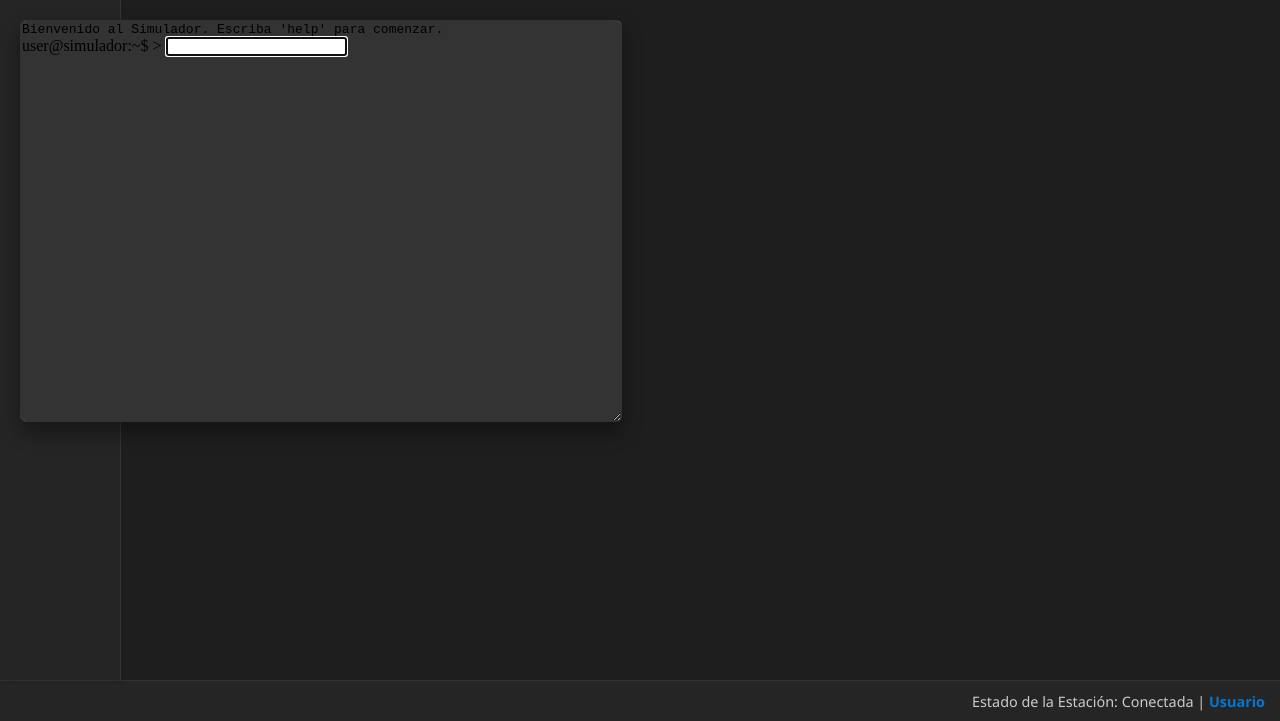
Repository: ValdezGalia/ProgramacionWebUcab
Page: lan-01.html
An editor plug-in stored every save of this project. The page is shown before and after the next save, followed by the edit.
The browser window is 1280 px wide. The pictures show the whole page.

Above is the page before, as saved 2025-11-13 17:01:50.
Console error: TypeError: Cannot read properties of null (reading 'addEventListener')

### lan-01.html
<!DOCTYPE html>
<html lang="es">

<head>
    <meta charset="UTF-8">
    <meta name="viewport" content="width=device-width, initial-scale=1.0">
    <meta name="author" content="Orlando Valdez / Jenry Youssef / Oscar Torres">
    <link rel="stylesheet" href="/style/lan-01.css">
    <title>NetOps Workstation: Estación de Trabajo</title>
</head>

<body>
    <main id="workstation-container">

        <nav id="app-navigation" aria-label="Aplicaciones de la estación de trabajo">
            <ul id="app-list">
                <li><a href="#" data-tool="lineaComandos"><img src="assets/img/terminal.png" class="app-icon" alt="lineaComandos">linea Comandos</a></li>
                <li><a href="#" data-tool="navegador"><img src="assets/img/navweb.png" class="app-icon" alt="Navegador">Navegador</a></li>
                <li><a href="#" data-tool="exploradorArchivos"><img src="assets/img/exploarch.png" class="app-icon" alt="exploradorArchivos">explorador Archivos</a></li>
                <li><a href="#" data-tool="editorArchivo"><img src="assets/img/editArchivo.png" class="app-icon" alt="editorArchivo">editorArchivo</a></li>
            </ul>
        </nav>

        <hr>
        <!-- Contenedor de herramientas de forma dinamica y sostenible -->
        <section id="application-display">
            <div class="app-window">
                <iframe id="tool-iframe" src="pages/lineaComandos.html" sandbox="allow-scripts allow-same-origin"
                    title="Aplicación interactiva" width="99.5%" height="700px"></iframe>
            </div>
        </section>

    </main>

    <footer aria-label="Estado y Diagnóstico">
        <p>Estado de la Estación: Conectada | <span class="user">Usuario</span></p>
    </footer>

    <script>
        document.addEventListener('DOMContentLoaded', () => {
            const iframe = document.getElementById('tool-iframe');
            const navLinks = document.querySelectorAll('#app-list a');

            navLinks.forEach(link => {
                link.addEventListener('click', (event) => {
                    debugger
                    event.preventDefault();

                    const toolName = event.target.dataset.tool;
                    const newSrc = `pages/${toolName}.html`;

                    iframe.src = newSrc;

                    /*Esto aun no hace nada ya que aun no se implementa la logica que distige la clase active*/
                    navLinks.forEach(navLink => navLink.classList.remove('active'));
                    event.target.classList.add('active');
                });
            });
        });
    </script>

</body>

</html>

### style/lan-01.css

/* Colores de la interfaz: Estilo Oscuro */
:root {
    --bg-primary: #1e1e1e; /* Fondo principal (Oscuro) */
    --bg-secondary: #252526; /* Fondo de contenedores/paneles */
    --color-text: #cccccc; /* Texto principal */
    --color-accent: #0078d4; /* Azul de acento (como Windows) */
    --border-color: #333333; /* Color de borde y separadores */
}

/* Base Global */
html, body {
    height: 100%;
    margin: 0;
    padding: 0;
    font-family: 'Segoe UI', Tahoma, Geneva, Verdana, sans-serif; /* Fuente tipo Windows */
    background-color: var(--bg-primary);
    color: var(--color-text);
}

/* Contenedor Principal (Simula el Escritorio) */
#workstation-container {
    display: flex;
    flex-direction: row; /* Navegación a la izquierda, área de trabajo a la derecha */
    height: calc(100vh - 40px); /* 100% del alto menos el footer */
}

/* 1. Navegación (Barra de Aplicaciones Lateral) */
#app-navigation {
    width: 120px; /* Ancho fijo para la barra de iconos */
    background-color: var(--bg-secondary);
    padding: 10px 0;
    border-right: 1px solid var(--border-color);
    box-shadow: 2px 0 5px rgba(0, 0, 0, 0.2);
}

#app-list {
    display: flex;
    flex-direction: column; /* Iconos apilados verticalmente */
    list-style: none;
    margin: 0;
    padding: 0;
}

#app-list li {
    margin: 5px 0;
}

/* Estilo del Ícono/Botón de Aplicación */
#app-list a {
    /* Tu configuración de flexbox para el ícono y texto */
    display: flex;
    flex-direction: column;
    justify-content: center;
    align-items: center;
    text-decoration: none;

    color: var(--color-text);
    background-color: transparent; /* Fondo transparente por defecto */
    padding: 10px 5px;
    margin: 0 auto;
    width: 90px;
    border: 1px solid transparent; /* Borde transparente por defecto */
    border-radius: 4px;
    transition: background-color 0.2s, border-color 0.2s;
}

/* Estilos de la Imagen (Icono) */
.app-icon {
    width: 32px; /* Iconos más pequeños y limpios */
    height: 32px;
    margin-bottom: 5px;
    filter: drop-shadow(0 1px 1px rgba(0, 0, 0, 0.5)); /* Sombra sutil en el icono */
}

/* Estilos del Texto (Etiqueta) */
#app-list a {
    font-size: 0.75em; /* Etiqueta pequeña */
    font-weight: 400;
    text-align: center;
    color: var(--color-text);
}

/* Interacción: Hover (Efecto de selección) */
#app-list a:hover {
    background-color: rgba(255, 255, 255, 0.1); /* Resaltado sutil */
    border-color: rgba(255, 255, 255, 0.2);
    cursor: pointer;
}

/* Estado Activo (La aplicación seleccionada) */
#app-list a.active {
    background-color: var(--color-accent); /* Resaltado con color de acento */
    border-color: var(--color-accent);
    color: white; /* Texto blanco para el activo */
    /* Asegúrate de que el span también cambie de color si fuera necesario */
}
#app-list a.active span {
    color: white;
}

/* 2. Área de Visualización (Pantalla de la Aplicación) */
#application-display {
    flex-grow: 1; /* Ocupa el espacio restante */
    padding: 10px;
    background-color: var(--bg-primary);
    overflow: hidden; /* Maneja el contenido del iframe */
}

#tool-iframe {
    /* Simula una ventana de aplicación */
    width: 100%;
    height: 100%;
    border: 1px solid var(--border-color);
    border-radius: 5px;
    background-color: white; /* El iframe puede tener un fondo más claro para contrastar */
}

/* Línea de separación (ya no es necesaria con el border-right, pero la mantenemos oculta) */
hr {
    display: none;
}

/* 3. Footer (Barra de Tareas/Estado) */
footer {
    height: 40px;
    display: flex;
    justify-content: flex-end; /* Alinear información a la derecha */
    align-items: center;
    background-color: var(--bg-secondary);
    border-top: 1px solid var(--border-color);
    padding: 0 15px;
    font-size: 0.9em;
}

.user {
    font-weight: bold;
    color: var(--color-accent); /* Resalta el nombre de usuario */
}

/*Ventana*/

/* --- Estilos de la Ventana de Aplicación (Simulación) --- */

/* Contenedor principal de la ventana (reemplaza al iframe directo) */
.app-window {
    position: absolute; /* Permite que flote sobre el fondo */
    top: 20px;
    left: 20px;
    width: 600px; /* Tamaño inicial de la ventana */
    height: 400px;
    background-color: var(--bg-secondary);
    border: 1px solid var(--border-color);
    border-radius: 5px;
    box-shadow: 0 10px 20px rgba(0, 0, 0, 0.4);
    display: flex;
    flex-direction: column;
    z-index: 100; /* Asegura que esté por encima de otros elementos */
    overflow: hidden;
    resize: both; /* Permite redimensionar con el ratón (opcional) */
    min-width: 300px;
    min-height: 200px;
    transition: all 0.3s ease;
}

/* Barra de Título de la Ventana */
.window-titlebar {
    display: flex;
    justify-content: space-between;
    align-items: center;
    padding: 5px 10px;
    background-color: #3f3f3f; /* Color de la barra de título */
    color: white;
    font-size: 0.9em;
    cursor: move; /* Indica que la ventana se puede arrastrar (aunque no implementaremos el arrastre sin una librería) */
    border-bottom: 1px solid var(--border-color);
}

.window-controls button {
    background: none;
    border: none;
    color: white;
    font-size: 1.2em;
    margin-left: 5px;
    cursor: pointer;
    padding: 2px 5px;
    transition: background-color 0.1s;
}

.window-controls button:hover {
    background-color: rgba(255, 255, 255, 0.2);
}

/* El contenido del iframe debe ocupar el resto del espacio */
.window-content {
    flex-grow: 1;
}

.window-content iframe {
    width: 100%;
    height: 100%;
    border: none; /* Quitamos el borde del iframe interno */
    display: block;
}

/* --- ESTADOS DE LA VENTANA --- */

/* 1. Estado Maximizado (Ocupa todo el área de display) */
.app-window.maximized {
    position: absolute;
    top: 0;
    left: 0;
    width: 100%;
    height: 100%;
    border-radius: 0;
    resize: none;
    transition: all 0.3s ease;
}

/* 2. Estado Minimizado (Oculta la ventana) */
.app-window.minimized {
    display: none; /* Oculta el iframe, pero lo mantiene "abierto" lógicamente */
}

### pages/lineaComandos.html
<!DOCTYPE html>
<html lang="es">
<head>
    <meta charset="UTF-8">
    <meta name="viewport" content="width=device-width, initial-scale=1.0">
    <meta name="description" content="Un linea de comandos (CLI) basada en diseño de la de linux">
    <link rel="stylesheet" href="/style/commandline.css">
    <title>Linea de comandos</title>
</head>
<body>
    <div id="terminal-window">
        <pre id="terminal-output">Bienvenido al Simulador. Escriba 'help' para comenzar.</pre>

        <div id="command-line">
            <span id="prompt">user@simulador:~$ > </span>
            <input type="text" id="command-input" autofocus>
        </div>
    </div>

    <script src="../js/commandline.js"></script>
</body>
</html>

### style/commandline.css
* {
    margin: 0px;
    padding: 0px;
}

html, body{
    margin: 0;
    padding: 0;
    width: 100%;
    height: 100%;
    overflow: hidden;
    background-color: #333;
}

textarea{
    display: block;
    display: block;
    width: 100%;
    height: 100%;
    box-sizing: border-box;
    border: none;
    outline: none;
    resize: none;
    font-family: monospace;
    padding: 10px;
    background-color: #2036;
    color: white;
}

### js/commandline.js
const textarea = document.getElementById('cli');

textarea.addEventListener('keypress', ({keyCode}) => {
    if(keyCode === 13){
        const command = textarea.value;

        switch (command) {
            case 'ping':
                console.log("Hola mundo")

            break;

            default:
                break;
        }

    }
})

After the next save:
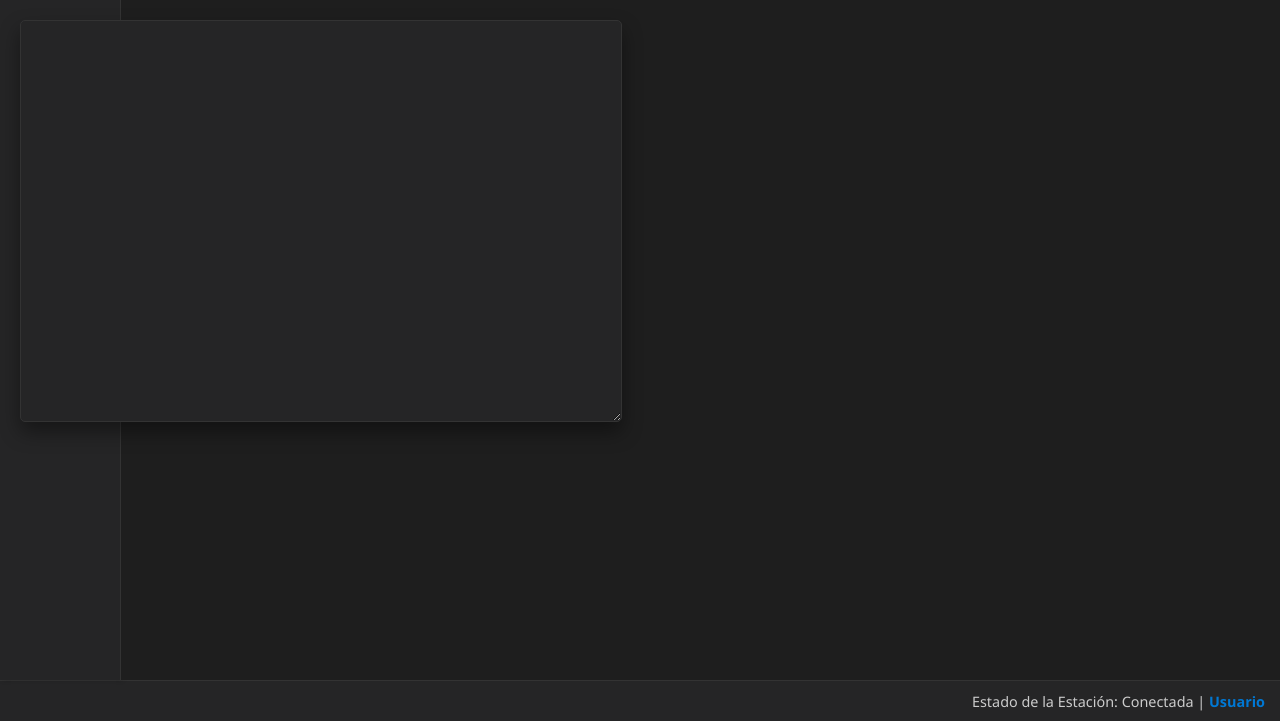
Saved 32 s later.
--- a/lan-01.html
+++ b/lan-01.html
@@ -38,25 +38,135 @@
 
     <script>
         document.addEventListener('DOMContentLoaded', () => {
-            const iframe = document.getElementById('tool-iframe');
-            const navLinks = document.querySelectorAll('#app-list a');
+    const mainContainer = document.getElementById('application-display');
+    const navLinks = document.querySelectorAll('#app-list a');
+    let currentWindow = null; // Referencia a la ventana activa
 
-            navLinks.forEach(link => {
-                link.addEventListener('click', (event) => {
-                    debugger
-                    event.preventDefault();
+    // Tu único iframe original
+    const originalIframe = document.getElementById('tool-iframe');
 
-                    const toolName = event.target.dataset.tool;
-                    const newSrc = `pages/${toolName}.html`;
+    // 1. Ocultar el iframe original y prepararlo para ser el contenido de la ventana
+    originalIframe.style.display = 'none';
 
-                    iframe.src = newSrc;
+    // 2. Función para crear la estructura de la ventana
+    const createWindowStructure = (toolName) => {
+        // Si ya hay una ventana, ciérrala primero para evitar múltiples ventanas (o puedes manejar múltiples)
+        if (currentWindow) {
+            currentWindow.remove();
+        }
 
-                    /*Esto aun no hace nada ya que aun no se implementa la logica que distige la clase active*/
-                    navLinks.forEach(navLink => navLink.classList.remove('active'));
-                    event.target.classList.add('active');
-                });
-            });
+        // Crear el contenedor de la ventana
+        const windowDiv = document.createElement('div');
+        windowDiv.classList.add('app-window');
+        windowDiv.setAttribute('data-tool', toolName);
+
+        // Crear la barra de título
+        const titleBar = document.createElement('div');
+        titleBar.classList.add('window-titlebar');
+        titleBar.innerHTML = `
+            <span>${toolName}</span>
+            <div class="window-controls">
+                <button class="minimize-btn" title="Minimizar">—</button>
+                <button class="maximize-btn" title="Maximizar">□</button>
+                <button class="close-btn" title="Cerrar">✕</button>
+            </div>
+        `;
+
+        // Contenedor para el Iframe
+        const contentDiv = document.createElement('div');
+        contentDiv.classList.add('window-content');
+
+        // Mueve el iframe original dentro del contenido de la ventana
+        contentDiv.appendChild(originalIframe);
+        originalIframe.style.display = 'block'; // Mostrarlo dentro de la ventana
+
+        // Ensamblar la ventana
+        windowDiv.appendChild(titleBar);
+        windowDiv.appendChild(contentDiv);
+        mainContainer.appendChild(windowDiv);
+        currentWindow = windowDiv;
+
+        // Añadir manejadores de eventos a los botones
+        handleWindowControls(windowDiv, titleBar);
+    };
+
+    // 3. Manejar la lógica de los botones de control (Minimizar/Maximizar/Cerrar)
+    const handleWindowControls = (windowDiv, titleBar) => {
+        const minimizeBtn = windowDiv.querySelector('.minimize-btn');
+        const maximizeBtn = windowDiv.querySelector('.maximize-btn');
+        const closeBtn = windowDiv.querySelector('.close-btn');
+
+        // Cerrar
+        closeBtn.addEventListener('click', () => {
+            windowDiv.classList.add('minimized'); // Lo "minimizamos" para quitarlo de la vista
+            windowDiv.remove(); // Opcional: Eliminar la ventana del DOM
+            currentWindow = null;
+            navLinks.forEach(navLink => navLink.classList.remove('active')); // Desactivar el ícono
+            // Devolvemos el iframe original al contenedor principal para que pueda volver a usarse
+            mainContainer.appendChild(originalIframe);
+            originalIframe.style.display = 'none';
         });
+
+        // Minimizar (ocultar)
+        minimizeBtn.addEventListener('click', () => {
+            windowDiv.classList.toggle('minimized');
+            // Nota: Podrías querer un efecto de "barra de tareas" aquí en el footer
+        });
+
+        // Maximizar/Restaurar
+        maximizeBtn.addEventListener('click', () => {
+            windowDiv.classList.toggle('maximized');
+            // Cambiar el ícono del botón
+            maximizeBtn.innerHTML = windowDiv.classList.contains('maximized') ? '🗗' : '□';
+        });
+
+        // Extra: Clic en la barra de título trae la ventana al frente
+        titleBar.addEventListener('mousedown', () => {
+            windowDiv.style.zIndex = getHighestZIndex() + 1;
+        });
+    };
+
+    // Función auxiliar para traer la ventana al frente (simulación Z-Index)
+    const getHighestZIndex = () => {
+        const zIndexes = Array.from(document.querySelectorAll('.app-window')).map(el => {
+            return parseInt(el.style.zIndex) || 0;
+        });
+        return zIndexes.length ? Math.max(...zIndexes) : 100;
+    };
+
+    // 4. Lógica para manejar el clic en la barra de navegación
+    const setActiveTool = (link) => {
+        navLinks.forEach(navLink => navLink.classList.remove('active'));
+        link.classList.add('active');
+
+        const toolName = link.getAttribute('data-tool');
+        const newSrc = `pages/${toolName}.html`;
+
+        // 5. Crear o restaurar la ventana
+        if (!currentWindow || currentWindow.getAttribute('data-tool') !== toolName) {
+            // Si no hay ventana o es una aplicación diferente
+            createWindowStructure(toolName);
+            originalIframe.src = newSrc; // Cargar la nueva URL
+        } else if (currentWindow.classList.contains('minimized')) {
+            // Si la aplicación ya está abierta pero minimizada, restaurarla
+            currentWindow.classList.remove('minimized');
+        }
+
+        // Traer la ventana al frente
+        currentWindow.style.zIndex = getHighestZIndex() + 1;
+    };
+
+    // Agregar oyentes de eventos a los enlaces de navegación
+    navLinks.forEach(link => {
+        link.addEventListener('click', (event) => {
+            event.preventDefault();
+            setActiveTool(link);
+        });
+    });
+
+    // Estado inicial: Desactivar todos los íconos al inicio
+    navLinks.forEach(navLink => navLink.classList.remove('active'));
+});
     </script>
 
 </body>
